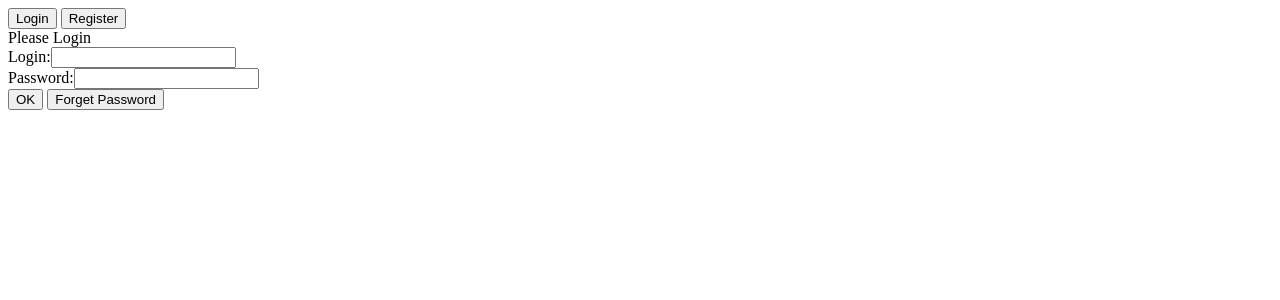
Repository: sheep9590/Test
Page: eclipse-workspace/Prj03/WebRoot/Register.html
An editor plug-in stored every save of this project. The page is shown before and after the next save, followed by the edit.
The browser window is 1280 px wide. The pictures show the whole page.

Above is the page before, as saved 2021-09-08 14:59:11.

### eclipse-workspace/Prj03/WebRoot/Register.html
<!DOCTYPE html>
<html>
<body>
<form action="">
<input type="submit" value="Login">
<input type="submit" value="Register">
</form>
      Please Login<br>
     <form>
     Login:<input type="text"><br>
     Password:<input type="password"><br>
     <input type="submit" value="OK">
     <input type="reset" value="Forget Password">
     </form>
</body>
</html>

After the next save:
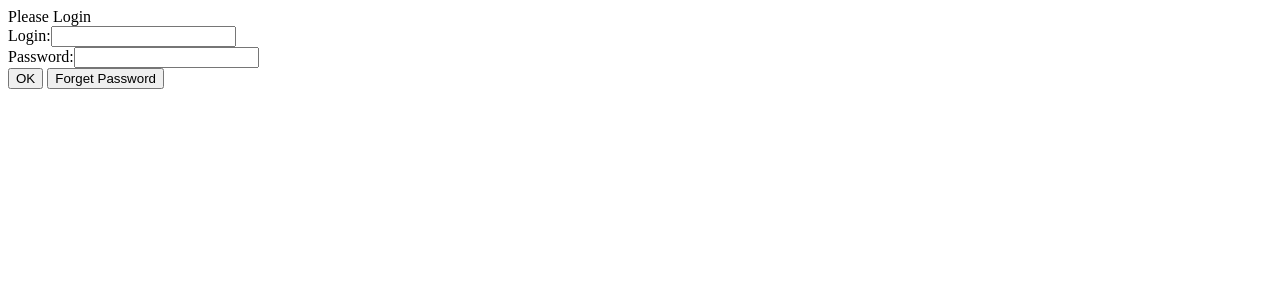
Saved 59 s later.
--- a/eclipse-workspace/Prj03/WebRoot/Register.html
+++ b/eclipse-workspace/Prj03/WebRoot/Register.html
@@ -1,10 +1,6 @@
 <!DOCTYPE html>
 <html>
 <body>
-<form action="">
-<input type="submit" value="Login">
-<input type="submit" value="Register">
-</form>
       Please Login<br>
      <form>
      Login:<input type="text"><br>
